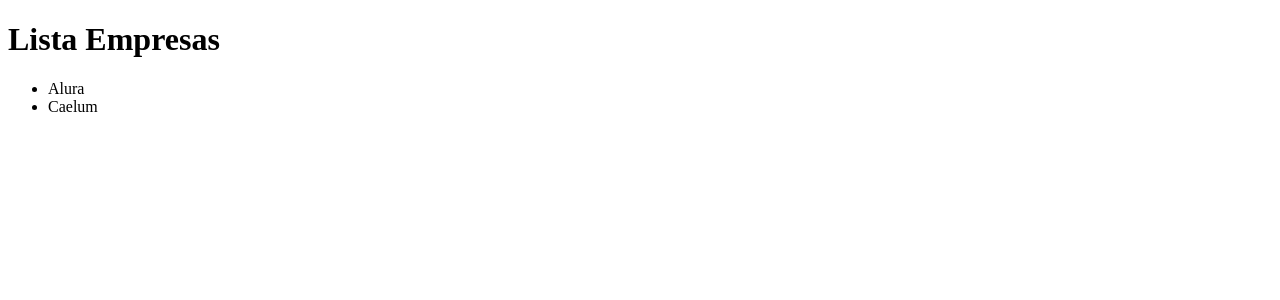
Repository: DerickLFAndrade/Aplicacao_Java_Web_Servlet_TomCat
Page: http://localhost/gerenciador/listaEmpresaServlet
These files come from the project's save history. The page is drawn as it stood at one moment and after the next save; the edit follows.
The browser window is 1280 px wide. The pictures show the whole page.
The page is served by Tomcat 9.

Above is the page before, as saved 2023-01-06 05:38:59.

After the next save:
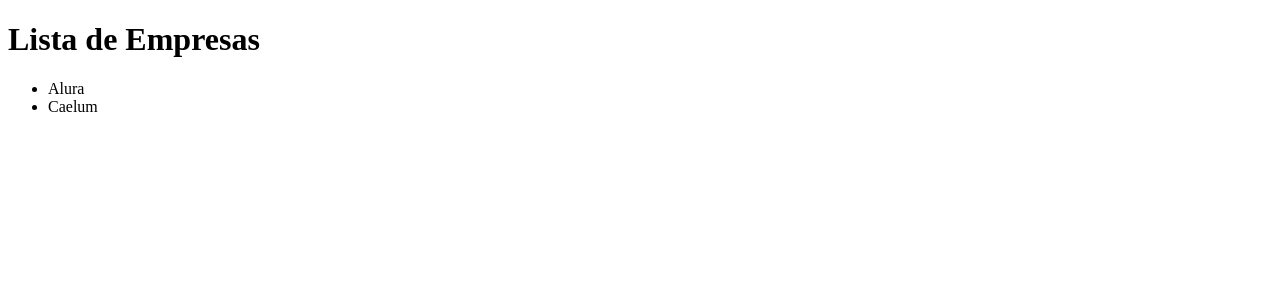
Saved 31 s later.
--- a/gerenciador/WebContent/listaEmpresas.jsp
+++ b/gerenciador/WebContent/listaEmpresas.jsp
@@ -10,7 +10,7 @@
 <title>Insert title here</title>
 </head>
 <body>
-<h1>Lista Empresas</h1>
+<h1>Lista de Empresas</h1>
 	<ul>
 		<%
 		List<Empresa> lista = (List<Empresa>)request.getAttribute("Empresas");
